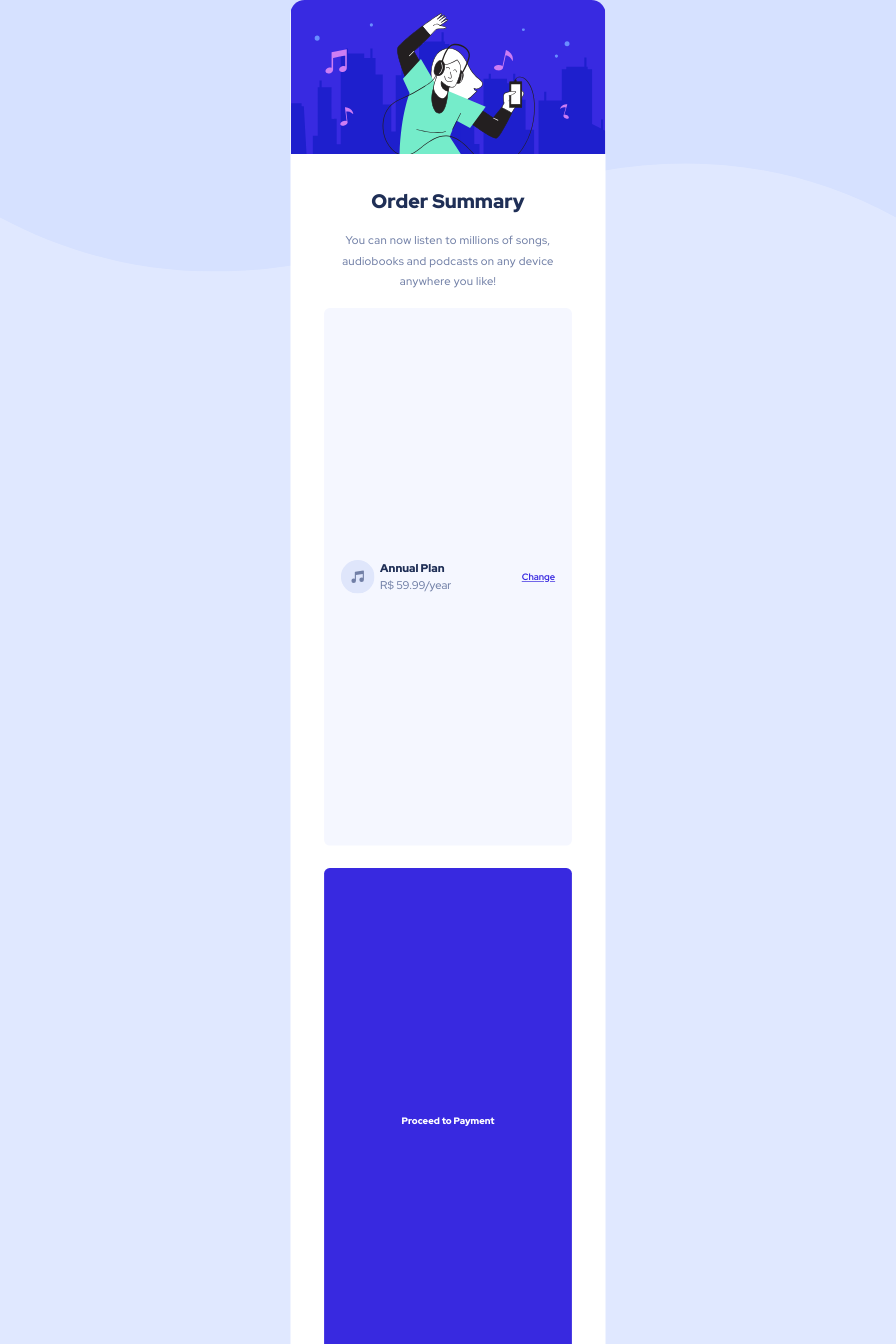
Repository: gccavalheiro/order-summary-card
Page: index.html
The author's editor kept a copy of each file at every save. The page is drawn from the files as they stood at one save, then again after the next save.
The browser window is 1280 px wide. The pictures show the part of the page from y = 0 to 1920 px (the page is 2839 px tall before and 799 px after), at 70% of full size.

Above is the page before, as saved 2021-12-17 03:03:26.

After the next save:
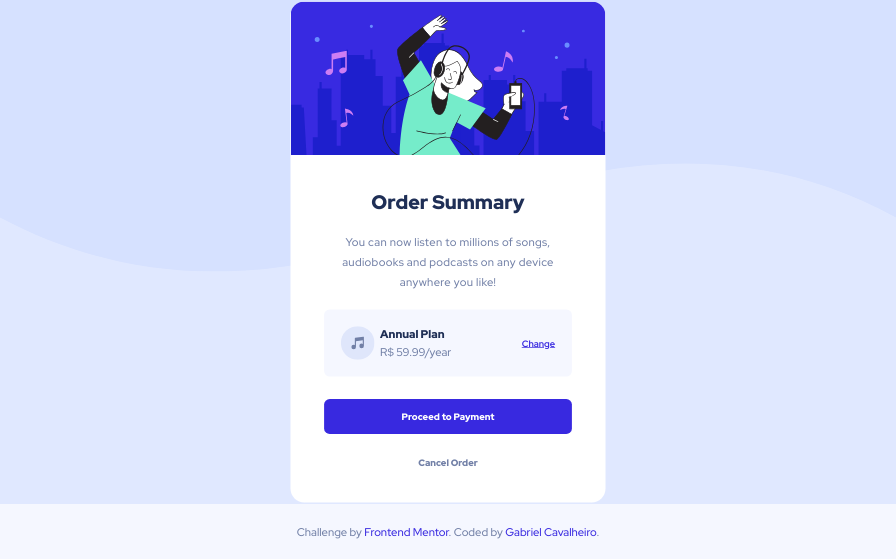
Saved 7 s later.
--- a/assets/css/main.css
+++ b/assets/css/main.css
@@ -46,14 +46,15 @@
   border: 0;
   cursor: pointer;
   background-color: transparent;
+
+}
+
+main {
+  display: flex;
+  align-items: center;
+  justify-content: center;
+  width: 100%;
   min-height: 100vh;
-}
-
-main {
-  display: flex;
-  align-items: center;
-  justify-content: center;
-  width: 100%;
   padding: 20px;
 }
 

After the save that followed:
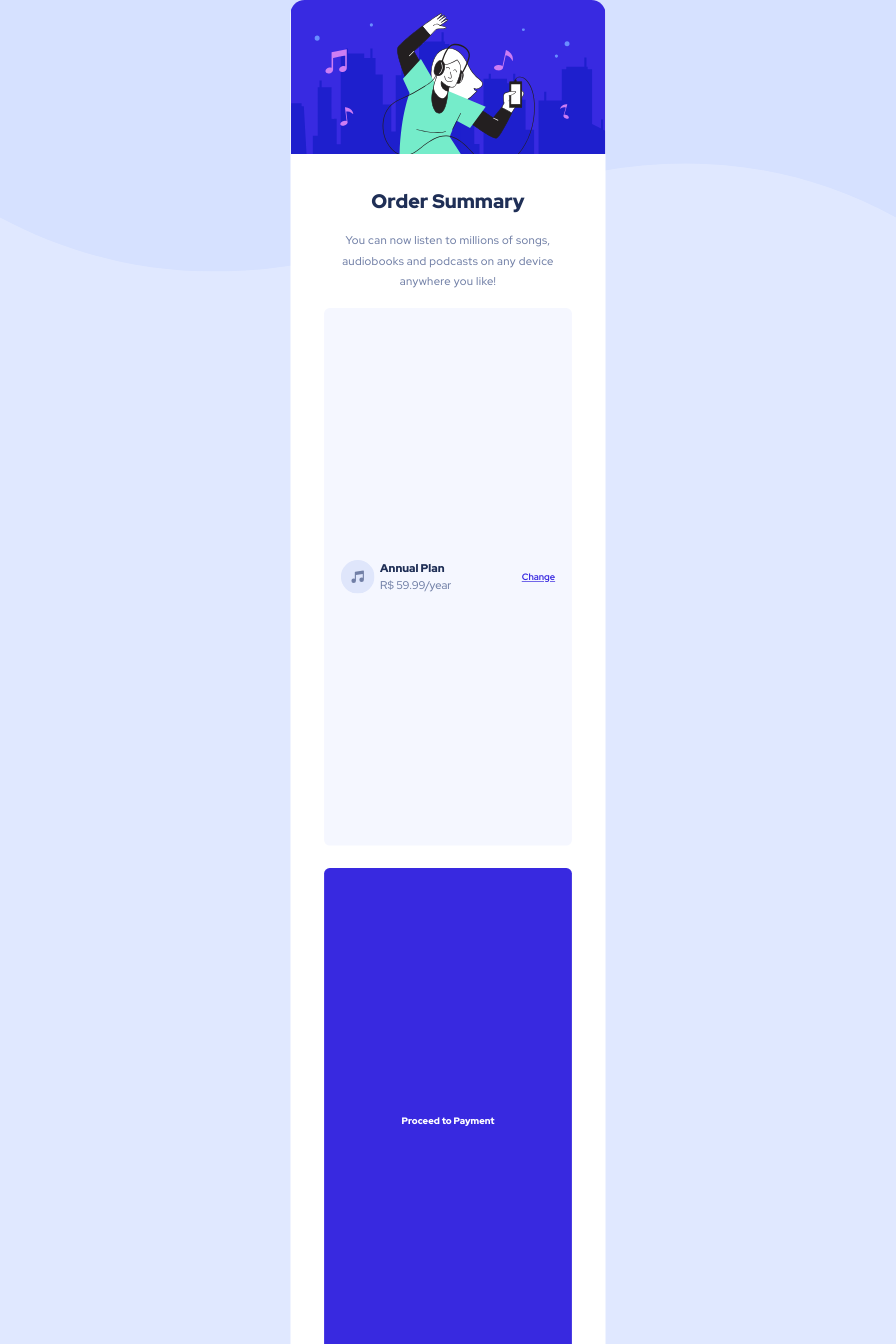
Saved 119 s later.
--- a/assets/css/main.css
+++ b/assets/css/main.css
@@ -46,7 +46,7 @@
   border: 0;
   cursor: pointer;
   background-color: transparent;
-
+  min-height: 100vh;
 }
 
 main {
@@ -54,7 +54,6 @@
   align-items: center;
   justify-content: center;
   width: 100%;
-  min-height: 100vh;
   padding: 20px;
 }
 
